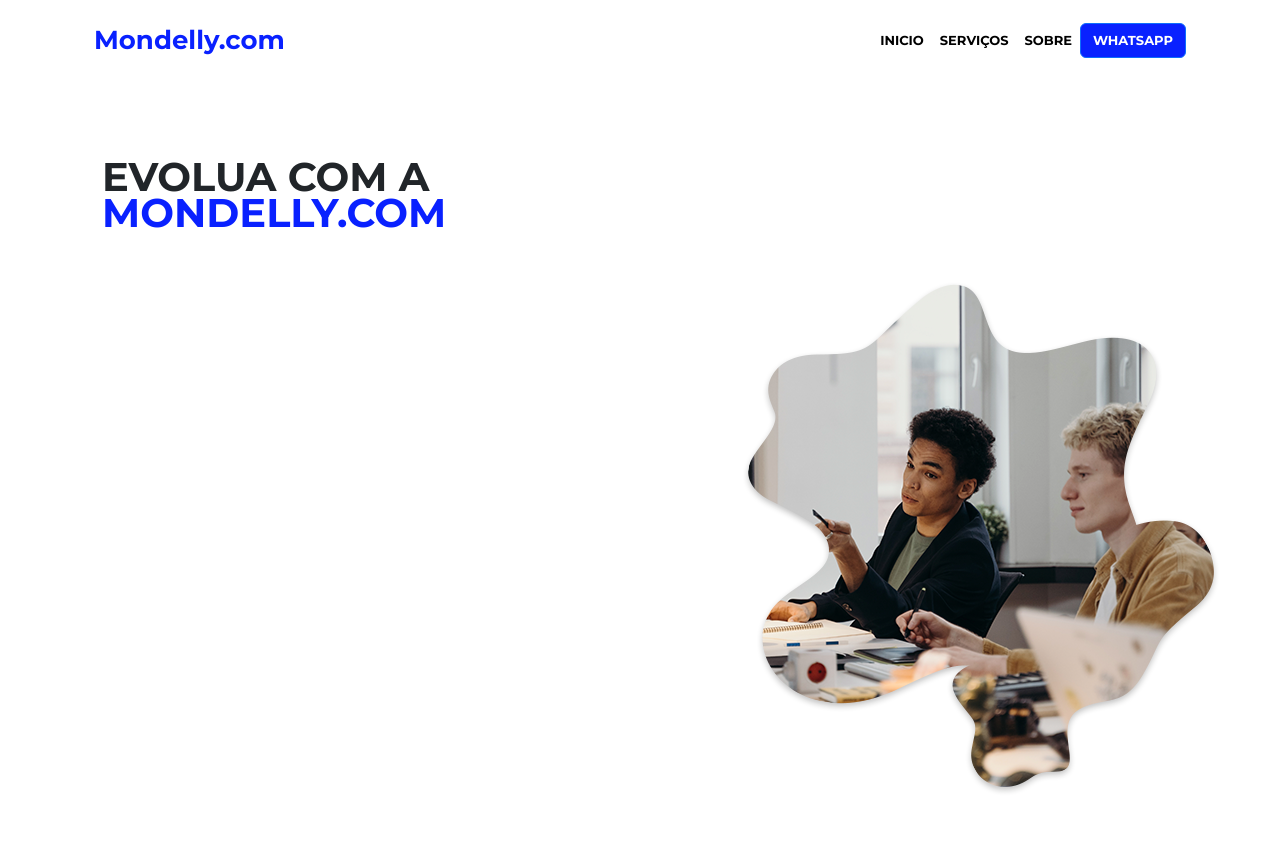
Repository: LifeInClouds/Mondelly
Page: index.html
An editor plug-in stored every save of this project. The page is shown before and after a run of saves, followed by the edit.
The browser window is 1280 px wide. The page is 1282 px wide, then 1280 px, so the pictures cover 1282 px, including what lies to the right of the window. The pictures show the whole page.

Above is the page before, as saved 2022-05-02 18:53:24.

After the next 3 saves:
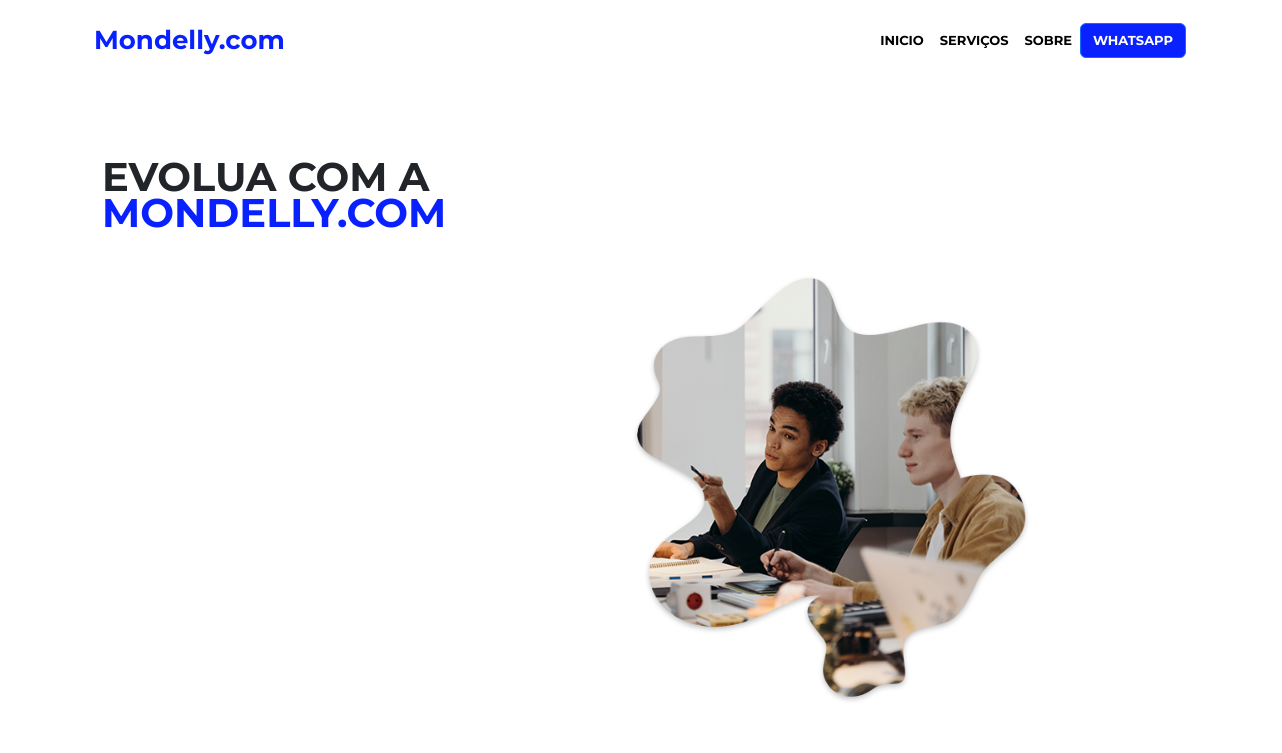
The 3 saves are shown as one change because they came seconds apart.
The last was saved 8 s later.
--- a/style.css
+++ b/style.css
@@ -39,5 +39,7 @@
 }
 img#img-header{
     margin-left: 100%;
-    width: ;
+    width: 500px;
+    height: 500px
+    ;
 }
